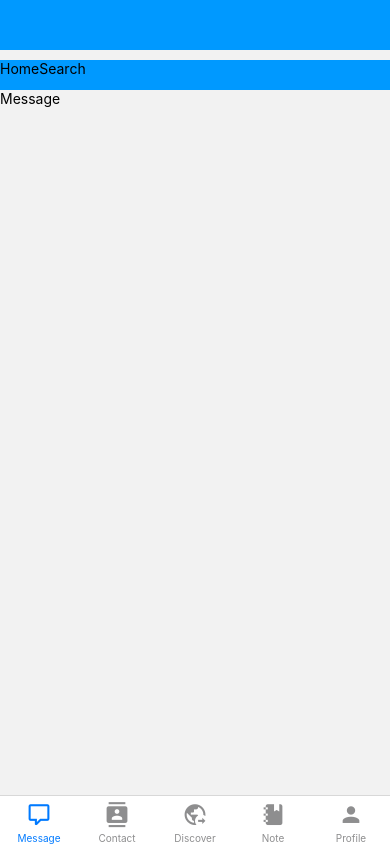
Repository: dinhtq-47/react-native
Screen: /
An editor plug-in stored every save of this project. The screen is shown before and after the next save, followed by the edit.
The app was drawn by React Native's web renderer in a window 390 px wide. The project was rebuilt for these pictures with package versions that can differ from the ones it lists, and the page was loaded fresh each time. Also part of the build but not shown: screens/Contact.js, screens/Discover.js, screens/Note.js, screens/Profile.js.

Above is the screen before, as saved 2022-02-16 18:28:05.

After the next save:
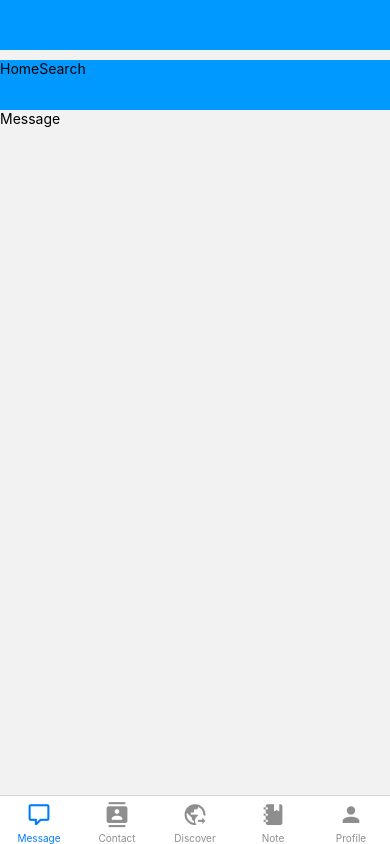
Saved 4 s later.
--- a/components/HomeSearch.js
+++ b/components/HomeSearch.js
@@ -15,7 +15,7 @@ const HomeSearch = () => {
 const styles = StyleSheet.create({
   container: {
     width: "100%",
-    height: 30,
+    height: 50,
     backgroundColor: "#0099FF",
     marginTop: 10,
   },
